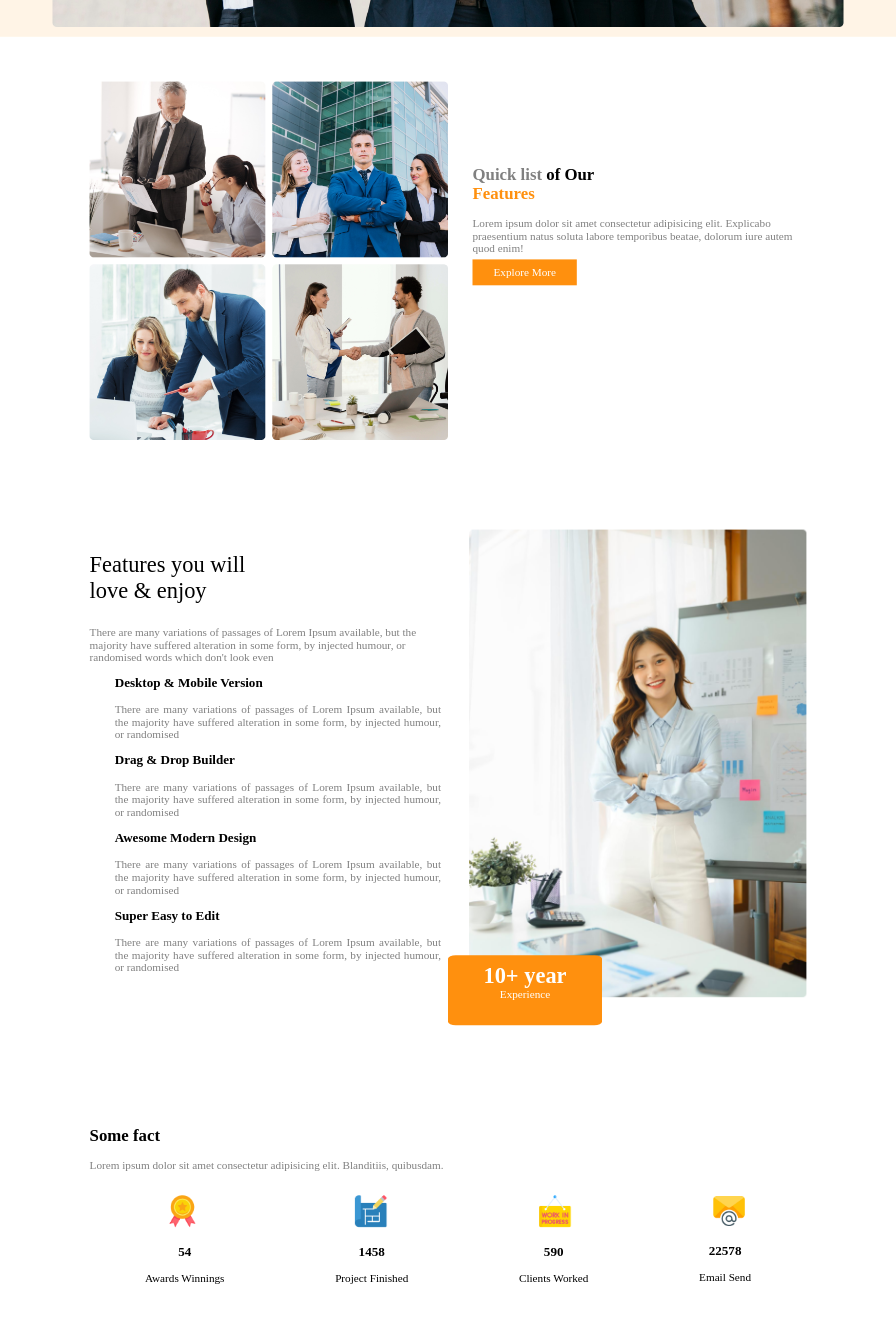
Repository: sadiaafsana138/Architect
Page: index.html
An editor plug-in stored every save of this project. The page is shown before and after the next save, followed by the edit.
The browser window is 1280 px wide. The pictures show the part of the page from y = 961 to 2881 px (the page is 2877 px tall before and 2881 px after), at 70% of full size.

Above is the page before, as saved 2023-01-16 18:21:22.

### index.html
<!DOCTYPE html>
<html lang="en">

<head>
  <meta charset="UTF-8" />
  <meta http-equiv="X-UA-Compatible" content="IE=edge" />
  <meta name="viewport" content="width=device-width, initial-scale=1.0" />
  <!-- CSS Stylesheet -->
  <link rel="stylesheet" href="style.css" />
  <title>G3 Architects</title>
</head>

<body>
  <!-- Head Section -->
  <header>
    <div class="top-head container">
      <div class="logo">
        <a href="">G3 Architects</a>
      </div>
      <nav class="navigation">
        <ul class="navigation-items">
          <li><a href="#">Home</a></li>
          <li><a href="#">About</a></li>
          <li><a href="#">Contact Us</a></li>
          <li><a href="#">Log In</a></li>
        </ul>
      </nav>
    </div>
    <div class="top-section container">
      <div class="top-bar-product">
        <div class="top-text">
          <h1>Brand New</h1>
          <h1>Group of Architects</h1>
          <p>
            There are many variations of passages of Lorem Ipsum available,
            but the majority have suffered <br>
            alteration in some form, by
            injected humour, or randomised words which don't look even
          </p>
          <br />
          <a href="#" class="link-btn">Explore More </a>
        </div>
        <div class="top-img">
          <img src="./images/banner.png" alt="" />
        </div>
      </div>
    </div>
  </header>
  <!--section Quick list of Our Features-->
  <section class="section-2">
    <div class="sec2div1">
      <img src="images/team1.png" alt="">

      </img>
      <img src="images/team2.png" alt="">

      </img>
      <img src="images/team3.png" alt="">

      </img>
      <img src="images/team4.png" alt="">

      </img>
    </div>
    <div class="sec2div2">
      <h2><span class="sp1">Quick list</span> of Our <br>
        <span id="sp2">Features</span>
      </h2>
      <p class="sp1">Lorem ipsum dolor sit amet consectetur adipisicing elit. Explicabo praesentium natus soluta labore
        temporibus beatae, dolorum iure autem quod enim!</p>
      <a href="#" class="link-btn">Explore More </a>
    </div>
  </section>
  <!--section-3 Features you will love & enjoy-->
  <section class="section-2">
    <div class="sec3div1">
      <p id="sec3font">Features you will<br>
        love & enjoy</p>
      <p class="sp1">
        There are many variations of passages of Lorem Ipsum available, but the majority have suffered alteration in
        some form, by injected humour, or randomised words which don't look even
      </p>
      <div class="sec3">
        <h3 class="sec3title">Desktop & Mobile Version</h3>
        <p class="sec3subtitle">
          There are many variations of passages of Lorem Ipsum available, but the majority have suffered alteration in
          some form, by injected humour, or randomised
        </p>
      </div>
      <div class="sec3">
        <h3 class="sec3title">Drag & Drop Builder</h3>
        <p class="sec3subtitle">
          There are many variations of passages of Lorem Ipsum available, but the majority have suffered alteration in
          some form, by injected humour, or randomised
        </p>
      </div>
      <div class="sec3">
        <h3 class="sec3title">Awesome Modern Design</h3>
        <p class="sec3subtitle">
          There are many variations of passages of Lorem Ipsum available, but the majority have suffered alteration in
          some form, by injected humour, or randomised
        </p>
      </div>
      <div class="sec3">
        <h3 class="sec3title">Super Easy to Edit</h3>
        <p class="sec3subtitle">
          There are many variations of passages of Lorem Ipsum available, but the majority have suffered alteration in
          some form, by injected humour, or randomised
        </p>
      </div>
    </div>
    <div class="sec3div2">
      <img src="images/architect.png" alt="">
      <a href="#" class="link-btn1"><span class="sp3">10+ year</span><br> Experience </a>
    </div>
  </section>
  <!--section-4 Some Facts-->
  <section class="section-4">
    <div>
      <h2>
        Some fact
      </h2>
      <p class="sp1">
        Lorem ipsum dolor sit amet consectetur adipisicing elit. Blanditiis, quibusdam.

      </p>
      <br>

      <div id="sec4items">

        <div>
          <img class="sec4img" src="images/icons/ribon.png" alt=""><br>
          <H3 class="h3sec4">54</H3>
          <p class="sec4text">Awards Winnings</p>
        </div>
        <div>
          <img class="sec4img" src="images/icons/projects.png" alt=""><br>
          <H3 class="h3sec4">1458</H3>
          <p class="sec4text">Project Finished</p>
        </div>
        <div>
          <img class="sec4img" src="images/icons/customers.png" alt=""><br>
          <H3 class="h3sec4">590</H3>
          <p class="sec4text">Clients Worked</p>
        </div>
        <div>
          <img class="sec4img" src="images/icons/email.png" alt=""><br>
          <H3 class="h3sec4">22578</H3>
          <p class="sec4text">Email Send</p>
        </div>
      </div>
    </div>
  </section>
</body>

</html>

### style.css
@import url("https://fonts.googleapis.com/css2?family=Inter:wght@700&family=Manrope:wght@700&display=swap");

/* common styles or utilities */
* {
  padding: 0;
  box-sizing: border-box;
  font-family: "Poppins";
}

html {
  scroll-behavior: smooth;
}

body {
  font-family: "Poppins";
  margin: 0;
}

h1 {
  font-weight: 500;
}

a {
  text-decoration: none;
}

main {
  display: flex;
  flex-direction: column;
  align-items: center;
  justify-content: center;
  margin-top: 2%;
}

.container {
  max-width: 960px;
  margin: 0 auto;
  padding: 0 20px;
}

.link-btn , .link-btn1{
  background-color: #ff900e;
  color: white;
  padding: 10px 30px;
  transition: 0.4s all ease-in-out;
}

.link-btn:hover , .link-btn1:hover{
  background-color: transparent;
  border: 1px solid #ff900e;
  color: #ff900e;
}
.link-btn1{
  height: 100px;
  width:220px;
  border-radius: 5%;
  position:relative;
  top: -60px;
  padding-top: 10px;
  text-align: center;

}

/* Header Section */
header {
  padding: 10px 0;
  background-color: rgba(255, 144, 14, 0.1);
}

header .container {
  max-width: 1170px;
  display: flex;
  justify-content: space-between;
  align-items: center;
}

.logo {
  display: flex;
}

.logo a {
  color: black;
  font-weight: 700;
  font-size: 20px;
}

.navigation {
  display: flex;
}

.navigation-items {
  display: flex;
  align-items: center;
}

.navigation-items li {
  list-style: none;
  padding: 0 20px;
}

.navigation-items li a {
  color: black;
  font-size: 12px;
  position: relative;
}

.navigation-items li a:after {
  content: "";
  position: absolute;
  background-color: #ff900e;
  height: 3px;
  width: 0;
  left: 0;
  bottom: -10px;
  transition: 0.3s;
}

.navigation-items li a:hover:after {
  width: 100%;
}

/* Top Bar Infos */
.top-section.container {
  margin-top: 5%;
}

.top-bar-product {
  text-align: center;
}

.top-text h1 {
  font-weight: 700;
  font-size: 45px;
}

.top-text p {
  font-size: 14px;
  text-align: center;
}

.top-img {
  width: 100%;
  margin-top: 50px;
}
.top-img img {
  width: 100%;
}
/*Section 2 Quick list of Our Features*/
.sp1{
  color: gray;
}
#sp2{
  color: #ff900e;
}
.section-2{
  display:grid;
  grid-template-columns: repeat(2,1fr);
  padding-left: 10%;
  padding-right: 10%;
  padding-top: 5%;
  padding-bottom: 5%;

}
.sec2div1{
  display: grid;
  grid-template-columns: repeat(2,1fr);
  row-gap: 10px;
  column-gap: 10px;
}
.sec2div1 img{
  width: 100%;
}
.sec2div2{
  padding-left: 35px;
  padding-top: 100px;
}
/*--section-3 Features you will love & enjoy*/
.sec3div2{
  display: grid;
}
.sec3div2 img{
  width: 100%;
  padding-left:30px;
}
.sp3{
  font-weight: 800;
  font-size: xx-large;
}
#sec3font{
  font-weight:1000px;
  font-size: xx-large;
}
.sec3div1::after{
  content: '';
  width:10px;
  height:60%;
  color:#ff900e;
}
.sec3{
  background-color: white;
}
.sec3title{
  margin-left: 7%;
  margin-top: 10px;
  text-align: justify;
}
.sec3subtitle{
  margin-left: 7%;
  margin-top: 10px;
  color: gray;
  text-align: justify;
  margin-right: 10px;
}
/*--section-4 Some Facts*/

.section-4{
  padding-left: 10%;
  padding-right: 10%;
  padding-bottom: 5%;
}
#sec4items{
  display: flex;
  justify-content: space-around;
}
.sec4div{
  border: 2px solid #ff900e;
  padding-top: 10px;
}
.h3sec4 , .sec4text{
  text-align: center;
}
.sec4img{
  padding-left: 27%;
}






















/* Media Queries */
@media only screen and (max-width: 688px) {
  .navigation {
    display: none;
  }
  .container {
    width: 100%;
  }
  .top-bar-product {
    flex-direction: column;
  }
  .top-img {
    order: 1;
  }
  .top-text {
    order: 2;
    text-align: center;
  }
  .section-2{
    display:grid;
    grid-template-columns: repeat(1,1fr);
  }
  .sec2div1{
    display: grid;
    grid-template-columns: repeat(1,1fr);
  }

}
@media only screen and (min-width: 688px) and (max-width: 992px) {
  .container {
    width: 100%;
  }
  .section-2{
    display:grid;
    grid-template-columns: repeat(1,1fr);
  }
  .sec2div1{
    display: grid;
    grid-template-columns: repeat(2,1fr);
  }
}

After the next save:
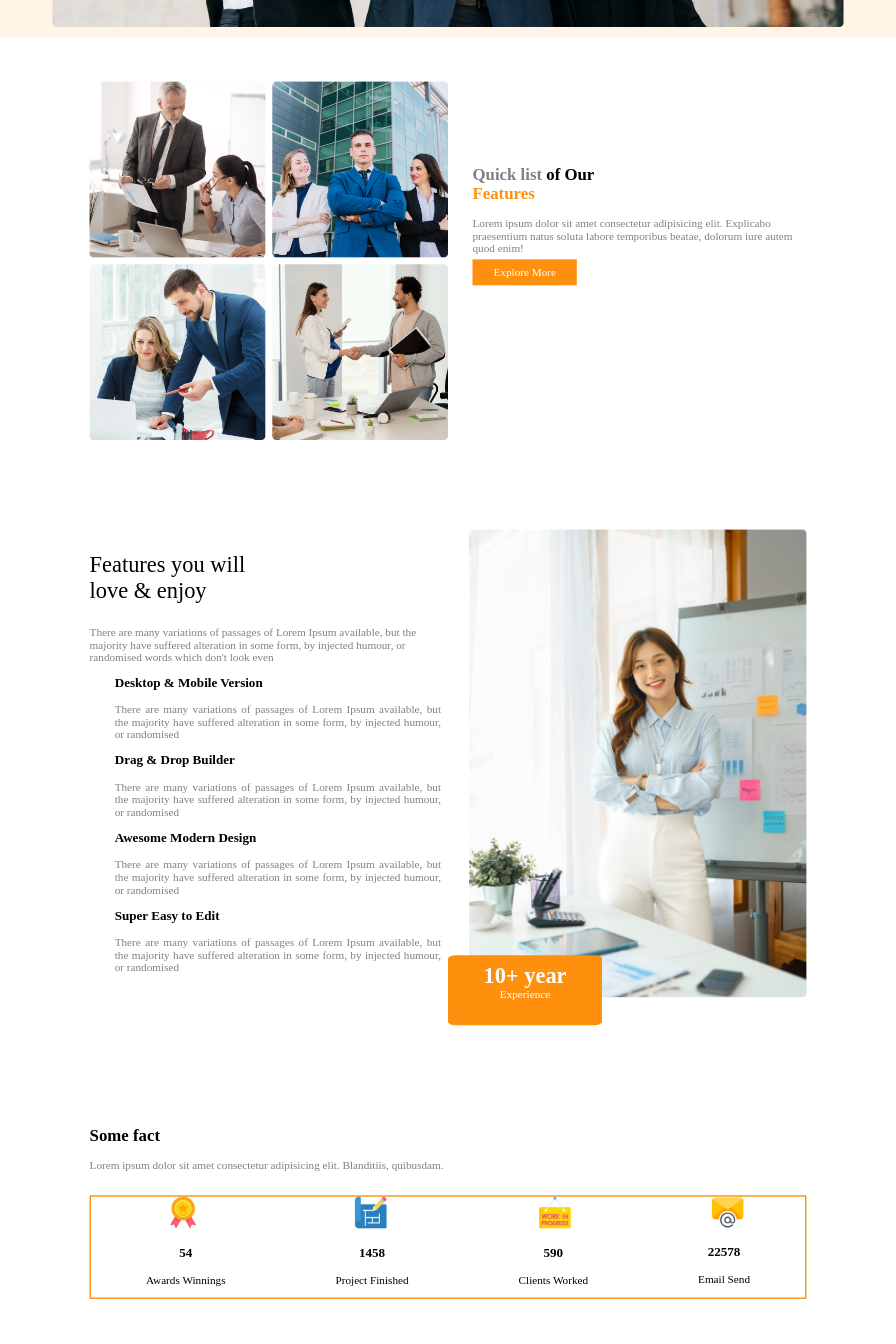
Saved 118 s later.
--- a/style.css
+++ b/style.css
@@ -221,9 +221,10 @@
 #sec4items{
   display: flex;
   justify-content: space-around;
+  border: 2px solid #ff900e;
 }
 .sec4div{
-  border: 2px solid #ff900e;
+
   padding-top: 10px;
 }
 .h3sec4 , .sec4text{

After the save that followed:
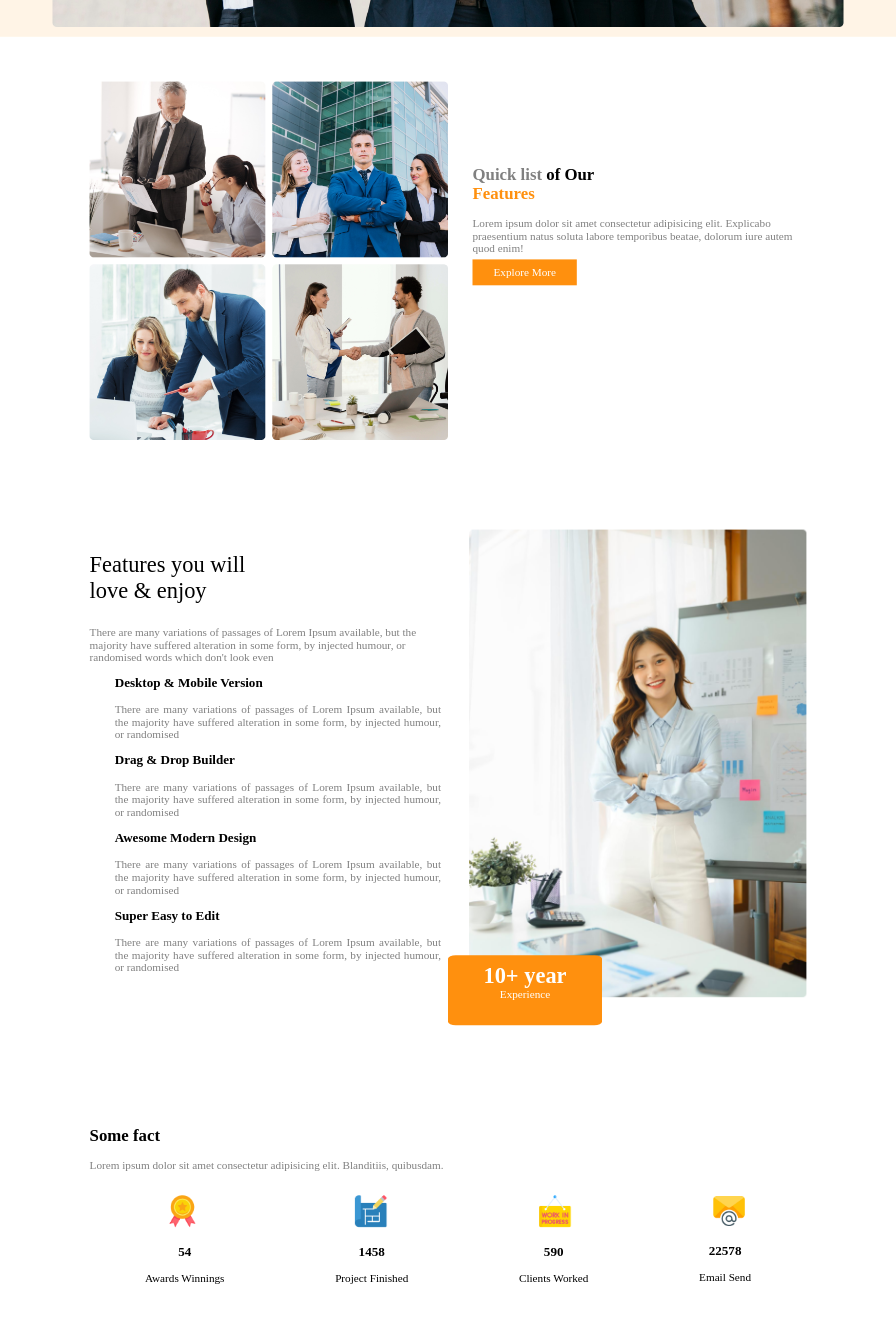
Saved 80 s later.
--- a/style.css
+++ b/style.css
@@ -221,11 +221,11 @@
 #sec4items{
   display: flex;
   justify-content: space-around;
+
+}
+.sec4div{
+  padding-top: 10px;
   border: 2px solid #ff900e;
-}
-.sec4div{
-
-  padding-top: 10px;
 }
 .h3sec4 , .sec4text{
   text-align: center;
